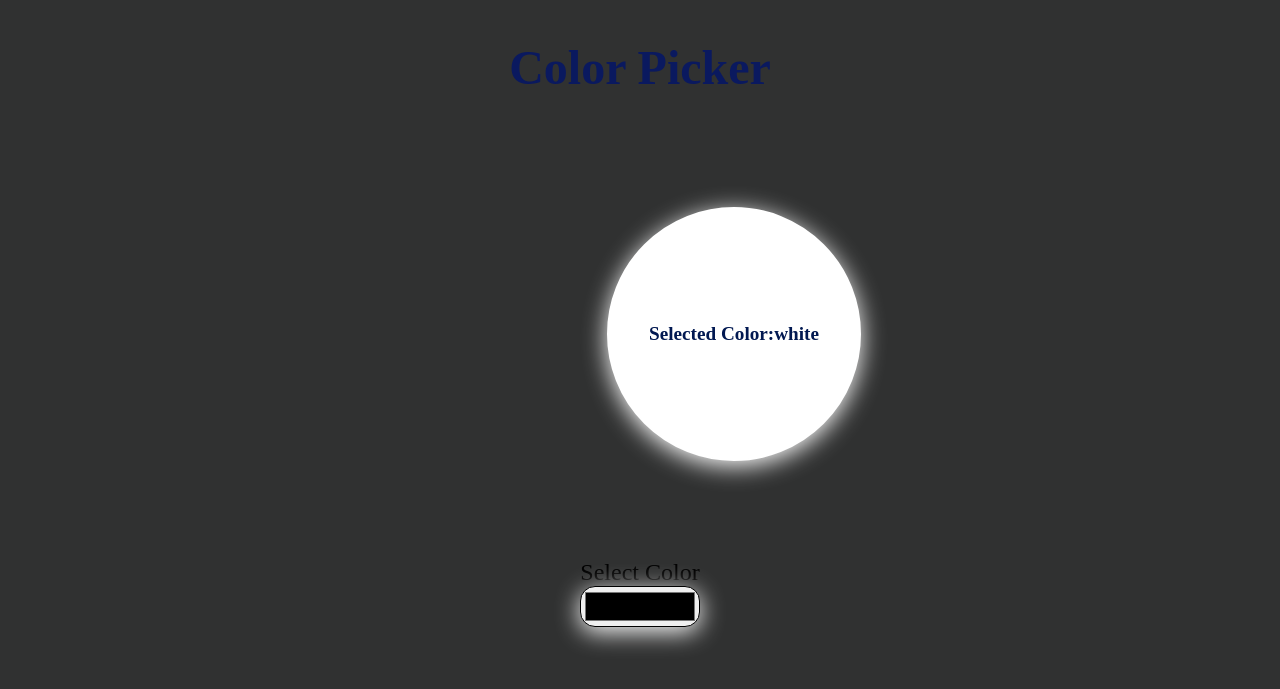
Repository: rkrukshan/Color-Picker--React-
Page: /
The author's editor kept a copy of each file at every save. The page is drawn from the files as they stood at one save, then again after the next save.
The browser window is 1280 px wide. The pictures show the whole page.
The project was rebuilt for these pictures with package versions that can differ from the ones it lists, and the page was loaded fresh each time. Also part of the build but not shown: vite.config.js.

Above is the page before, as saved 2024-07-21 19:06:21.

### src/App.jsx
import ColorPicker from "./ColorPicker"

function App() {

  return (
    <>
    <ColorPicker/>
    </>
  )

}

export default App

### src/index.css
body{
  background-color:rgb(48, 49, 49);
}
.cp-container {
  text-align: center;
  display: grid;
  align-items:center;
  justify-content: center;
}
.heading {
  color: rgb(10, 25, 95);
  font-size: 3em;
}
.color-pad {
  margin-top: 5em;
  margin-left: 11.75em;
  margin-bottom: 5em;
  height: 250px;
  width: 250px;
  display: flex;
  justify-content: center;
  align-items: center;
  border:2px solid rgb(255, 255, 255);
  border-radius: 50%;
  box-shadow:0px 5px 25px rgb(255, 255, 255);
  transition: .25s;
}
.selectedlabel
{
  font-size: larger;
  font-weight: bolder;
  color:rgb(1, 24, 81);
}
.selectlabel{
font-size: 1.5em;
}
.colorpicker{
  width: 9em;
  height: 41px;
  border-radius:15px;
  box-shadow:0px 5px 25px rgb(255, 255, 255);
  transition: 11s;
}

### src/ColorPicker.jsx
import { useState } from "react";

function ColorPicker() {
  const [color, setColor] = useState("white");

  function updateColor(event) {
    setColor(event.target.value);
  }
  return (
    <div className="cp-container">
      <h1 className="heading">Color Picker</h1>
      <div className="color-pad" style={{ backgroundColor: color }}>
        <label htmlFor="cp" className="selectedlabel">
          Selected Color:{color}
        </label>
      </div>
      <br />
      <div className="btncp">
        <label htmlFor="scp" className="selectlabel">
          Select Color
        </label>
        <br />
        <input
          type="color"
          value={color}
          onChange={updateColor}
          className="colorpicker"
        />
      </div>
    </div>
  );
}
export default ColorPicker;

Loaded but not shown: index.html (common file); src/main.jsx (common file)

After the next save:
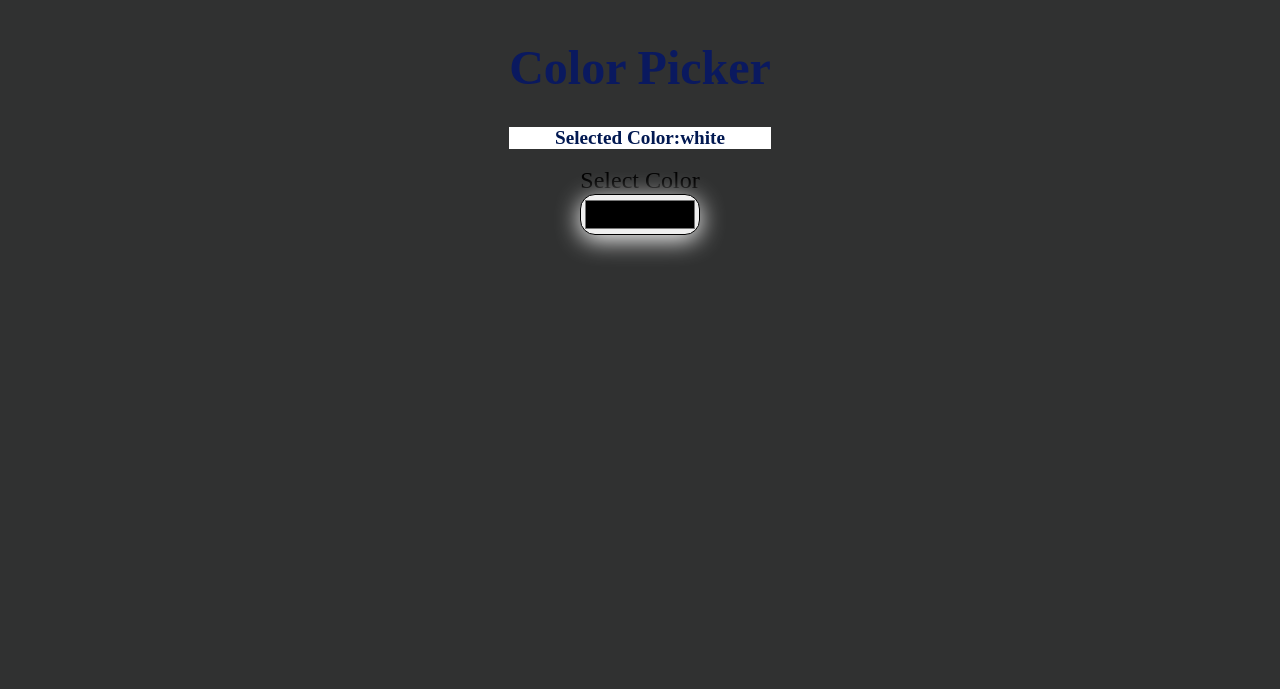
Saved 72 s later.
--- a/src/index.css
+++ b/src/index.css
@@ -11,7 +11,7 @@
   color: rgb(10, 25, 95);
   font-size: 3em;
 }
-.color-pad {
+/* .color-pad {
   margin-top: 5em;
   margin-left: 11.75em;
   margin-bottom: 5em;
@@ -24,7 +24,7 @@
   border-radius: 50%;
   box-shadow:0px 5px 25px rgb(255, 255, 255);
   transition: .25s;
-}
+} */
 .selectedlabel
 {
   font-size: larger;

After the save that followed:
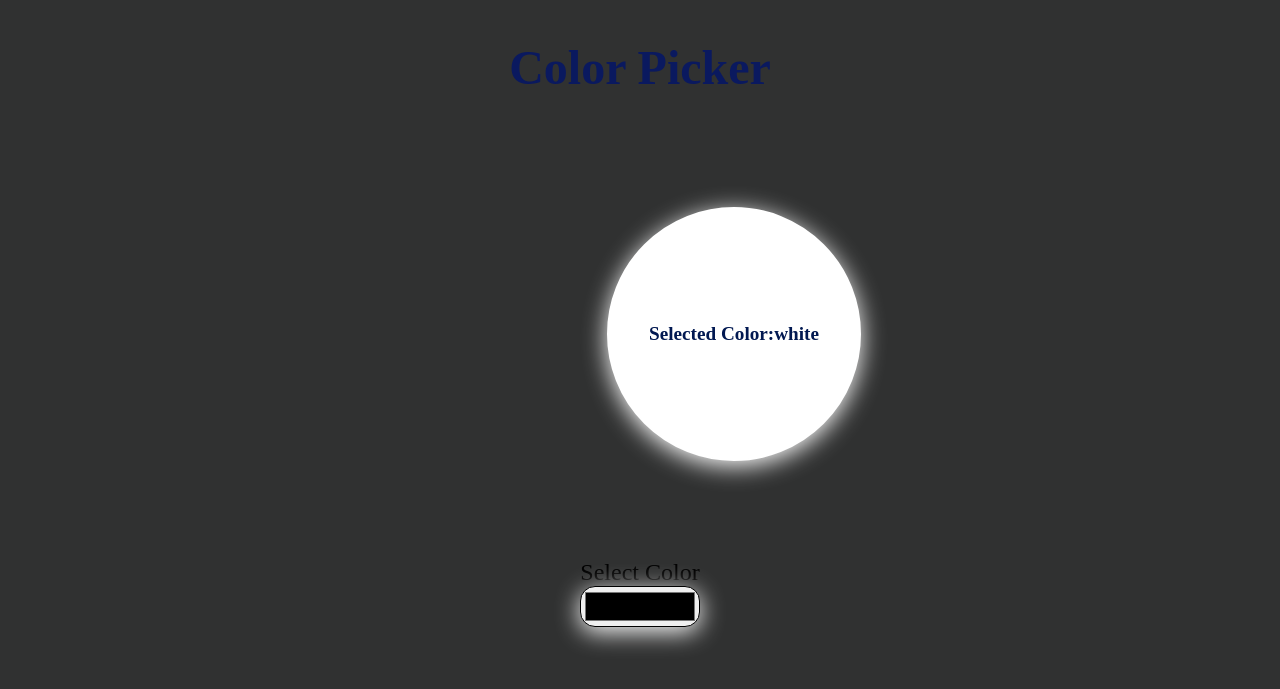
Saved 23 s later.
--- a/src/index.css
+++ b/src/index.css
@@ -11,7 +11,7 @@
   color: rgb(10, 25, 95);
   font-size: 3em;
 }
-/* .color-pad {
+.color-pad {
   margin-top: 5em;
   margin-left: 11.75em;
   margin-bottom: 5em;
@@ -24,7 +24,7 @@
   border-radius: 50%;
   box-shadow:0px 5px 25px rgb(255, 255, 255);
   transition: .25s;
-} */
+}
 .selectedlabel
 {
   font-size: larger;
